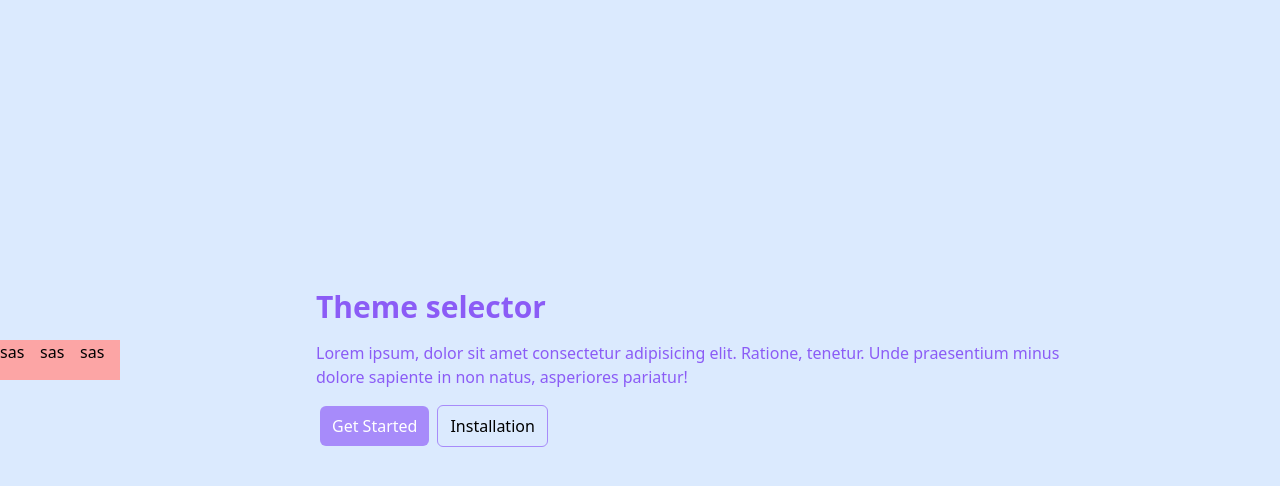
Repository: prince-bansal/tailwind-theme-switcher
Page: /
These files come from the project's save history. The page is drawn as it stood at one moment and after the next save; the edit follows.
The browser window is 1280 px wide. The pictures show the whole page.
The project was rebuilt for these pictures with package versions that can differ from the ones it lists, and the page was loaded fresh each time. Also part of the build but not shown: vite.config.ts, src/index.css.

Above is the page before, as saved 2024-03-17 19:32:23.

After the next save:
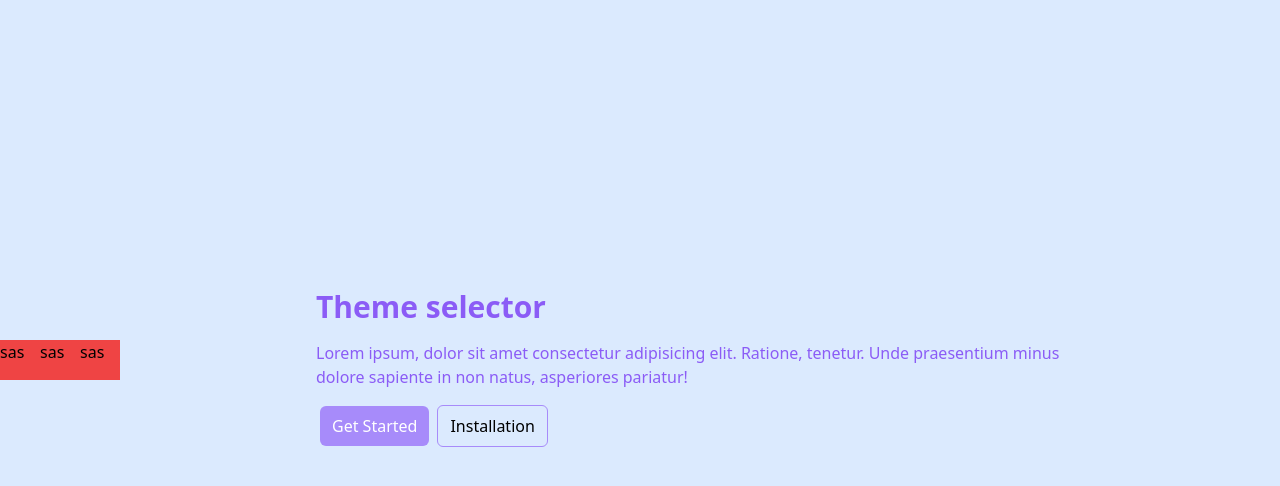
Saved 5 s later.
--- a/src/App.tsx
+++ b/src/App.tsx
@@ -5,7 +5,7 @@ function App() {
   return (
     <div className=" bg-fill min-h-screen flex items-center justify-center">
       {["red", "blue", "green"].map((color) => (
-        <div className={`h-10 w-10 bg-red-300 bg-${color}-500`}>sas</div>
+        <div className={`h-10 w-10 bg-red-500 bg-${color}-500`}>sas</div>
       ))}
       <div className="w-[60%] m-auto">
         <h1 className="text-3xl text-heading my-4 font-bold">Theme selector</h1>
